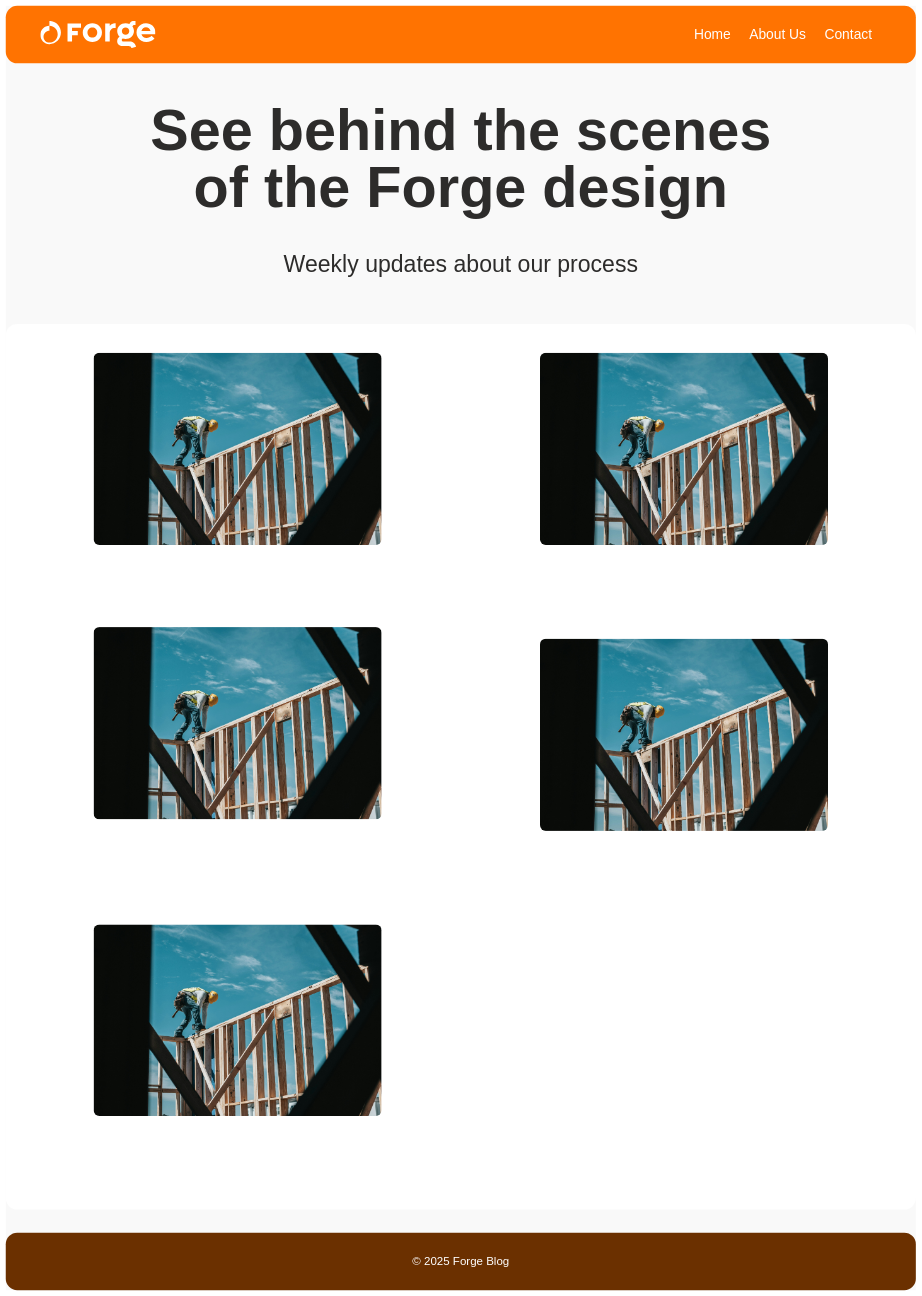
Repository: Forge-IDSP/Blog
Page: /
These files come from the project's save history. The page is drawn as it stood at one moment and after a run of saves; the edit follows.
The browser window is 1280 px wide. The pictures show the whole page, at 72% of full size.
The project was rebuilt for these pictures with package versions that can differ from the ones it lists, and the page was loaded fresh each time. Also part of the build but not shown: vite.config.js, src/index.css, src/pages/blogpost.module.css, src/pages/week1.jsx, src/pages/week2.jsx, src/pages/week3.jsx, src/pages/week4.jsx, src/pages/week5.jsx and 4 more.

Above is the page before, as saved 2025-10-27 13:04:49.

### index.html
<!DOCTYPE html>
<html lang="en">
    <head>
        <meta charset="UTF-8" />
        <link
            rel="icon"
            type="image/svg+xml"
            href="/vite.svg" />
        <meta
            name="viewport"
            content="width=device-width, initial-scale=1.0" />
        <title>Forge Blog</title>
    </head>
    <body>
        <div id="root"></div>
        <script
            type="module"
            src="/src/main.jsx"></script>
    </body>
</html>

### src/App.jsx
import { BrowserRouter as Router, Routes, Route } from "react-router-dom";
import Home from "./pages/home.jsx";
import Week1 from "./pages/week1.jsx";
import Week2 from "./pages/week2.jsx";
import Week3 from "./pages/week3.jsx";
import Week4 from "./pages/week4.jsx";
import Week5 from "./pages/week5.jsx";
import AboutUs from "./pages/aboutUs.jsx";
import ContactUs from "./pages/contactUs.jsx";

export default function App() {
    return (
        <Router>
            <Routes>
                <Route
                    path='/'
                    element={<Home />}
                />
                <Route
                    path='/week1'
                    element={<Week1 />}
                />
                <Route
                    path='/week2'
                    element={<Week2 />}
                />
                <Route
                    path='/week3'
                    element={<Week3 />}
                />
                <Route
                    path='/week4'
                    element={<Week4 />}
                />
                <Route
                    path='/week5'
                    element={<Week5 />}
                />
                <Route
                    path='/aboutUs'
                    element={<AboutUs />}
                />
                <Route
                    path='/contactUs'
                    element={<ContactUs />}
                />
            </Routes>
        </Router>
    );
}

### src/pages/home.jsx
import Header from "../ui/header/header.jsx";
import Card from "../ui/card/card.jsx";
import Footer from "../ui/footer/footer.jsx";
import cardcontent from "../data/cardcontent.json";

export default function Home() {
    return (
        <div className='page'>
            <Header />
            <h1 className='title'>
                See behind the scenes
                <br /> of the Forge design
            </h1>
            <p className='subtitle'>Weekly updates about our process</p>

            <div className='post_container'>
                {cardcontent.map((item) => (
                    <Card
                        key={item.id}
                        title={item.title}
                        image={item.image}
                        text={item.text}
                        link={item.link}
                    />
                ))}
            </div>

            <Footer />
        </div>
    );
}

### src/ui/header/header.jsx
import style from "./header.module.css";
import { Link } from "react-router-dom";

function Header() {
    return (
        <div className={style.header}>
            <img
                src='/forge-logo.svg'
                alt='Forge Logo'
                className={style.logo}></img>
            <nav className={style.menu}>
                <a
                    className={style.menu_item}
                    href='/'>
                    Home
                </a>
                <Link
                    className={style.menu_item}
                    to='/AboutUs'>
                    About Us
                </Link>

                <Link
                    to='/ContactUs'
                    className={style.menu_item}>
                    Contact
                </Link>
            </nav>
        </div>
    );
}

export default Header;

### src/ui/card/card.jsx
import { Link } from "react-router-dom";
import styles from "./card.module.css";

export default function Card({ title, image, text, link }) {
    return (
        <Link
            to={link}
            className={styles.card}>
            <img
                className={styles.card_image}
                src={image}
                alt={title}
            />
            <h2 className={styles.card_title}>{title}</h2>
            <p className={styles.card_week}>{text}</p>
        </Link>
    );
}

### src/ui/footer/footer.jsx
import styles from "./footer.module.css";

function Footer() {
    const currentYear = new Date().getFullYear();

    return (
        <footer className={styles.footer}>
            <p className={styles.footer__text}>© {currentYear} Forge Blog</p>
        </footer>
    );
}

export default Footer;

### src/data/cardcontent.json
[
    {
        "id": "week1",
        "title": "First Look at Forge",
        "image": "/blog-image1.jpg",
        "text": "Week 1",
        "link": "/week1"
    },
    {
        "id": "week2",
        "title": "ConnectHer and Forge",
        "image": "/blog-image1.jpg",
        "text": "Week 2",
        "link": "/week2"
    },
    {
        "id": "week3",
        "title": "Competitive Analysis and Development Framework",
        "image": "/blog-image1.jpg",
        "text": "Week 3",
        "link": "/week3"
    },
    {
        "id": "week4",
        "title": "Advising and Re-Ideation ",
        "image": "/blog-image1.jpg",
        "text": "Week 4",
        "link": "/week4"
    },
    {
        "id": "week5",
        "title": "User Research , Development Framework and Wireframing ",
        "image": "/blog-image1.jpg",
        "text": "Week 5",
        "link": "/week5"
    }
]

### src/App.css
#root {
    /* ----- COLORS ----- */
    --primary-50: #fff1e6;
    --primary-100: #ffd4b0;
    --primary-200: #ffbf8a;
    --primary-300: #ffa155;
    --primary-400: #ff8f34;
    --primary-500: #ff7301;
    --primary-600: #e86901;
    --primary-700: #b55201;
    --primary-800: #8c3f01;
    --primary-900: #6b3000;

    --secondary-50: #eefae6;
    --secondary-100: #cbefb1;
    --secondary-200: #b2e88b;
    --secondary-300: #8fdd55;
    --secondary-400: #79d635;
    --secondary-500: #58cc02;
    --secondary-600: #50ba02;
    --secondary-700: #3e9101;
    --secondary-800: #86967a;
    --secondary-900: #255601;

    /* -- neutral colors -- */

    --offwhite-500: #f9f9f9;
    --white: #ffffff;
    --black-50: #eaeaea;
    --black-100: #bebebd;
    --black-200: #9e9e9d;
    --black-300: #727271;
    --black-400: #575655;
    --black-500: #2d2c2b;

    /* ----- FONT -----  */
    --font-family: "Nunito Sans", sans-serif;
}

.root {
    background-color: var(--offwhite-500);
}
.page {
    margin: 0 auto;
    padding: 1rem;
    text-align: center;
    height: 100%;
    margin: 0;
    padding: 0;
    background-color: var(--offwhite-500);
    display: flex;
    flex-direction: column;
    font-family: var(--font-family);
}

.title {
    font-size: 5rem;
    color: var(--black-500);
    line-height: 5rem;
    margin-bottom: 1rem;
}

.subtitle {
    font-size: 2rem;
    color: var(--black-500);
}

.post_container {
    display: grid;
    grid-template-columns: repeat(3, 1fr);
    gap: 2rem;
    background-color: var(--white);
    padding: 3rem;
    border-radius: 16px;
    align-items: center;
    justify-content: center;
    justify-items: center;
    margin-bottom: 2rem;
    margin-top: 2rem;
}

/* Tablet: 2 columns */
@media (max-width: 1300px) {
    .post_container {
        grid-template-columns: repeat(2, 1fr);
        padding: 1.5rem;
        gap: 1.5rem;
    }
}

/* Mobile: 1 column */
@media (max-width: 600px) {
    .post_container {
        grid-template-columns: 1fr;
        padding: 1rem;
        gap: 1rem;
    }
}

### src/ui/header/header.module.css
.header {
    background-color: var(--primary-500);
    display: flex;
    justify-content: space-between;
    align-items: center;
    padding: 1rem 3rem;
    border-radius: 16px;
}

.logo {
    width: 10rem;
}

.menu {
    display: flex;
    gap: rem;
}

.menu_item {
    font-size: 1.2rem;
    text-decoration: none;
    color: var(--white);
    font-family: var(--font-family);
    padding: 0.8rem;
}

.menu_item:hover {
    font-weight: bold;
    padding: 0.8rem;
    border-radius: 8px;
}

### src/ui/card/card.module.css
.card {
    background-color: var(--grey);
    padding: 1rem;
    border-radius: 16px;
    display: flex;
    flex-direction: column;
    align-items: start;
    width: 400px;
    text-decoration: none;
}

.card:hover {
    transform: scale(1.03);
    background-color: var(--color-primary-dark);
}

.card_image {
    width: 400px;
    height: auto;
    border-radius: 8px;
    margin-bottom: 8px;
}

.card_title {
    font-size: 28px;
    text-align: start;
    margin: 0;
    color: var(--white);
}

a:visited .card_title {
    color: var(--white);
}

.card_week {
    font-size: 16px;
    margin: 0;
    color: var(--white);
}

### src/ui/footer/footer.module.css
.footer {
    width: 100%;
    height: 5em;
    display: flex;
    justify-content: center;
    align-items: center;
    background-color: var(--primary-900);
    margin-top: auto;
    border-radius: 16px;
}

.footer__text {
    color: var(--white);
    font-size: 16px;
    text-align: center;
    margin: 0;
}

Loaded but not shown: src/main.jsx (common file)

After the next 2 saves:
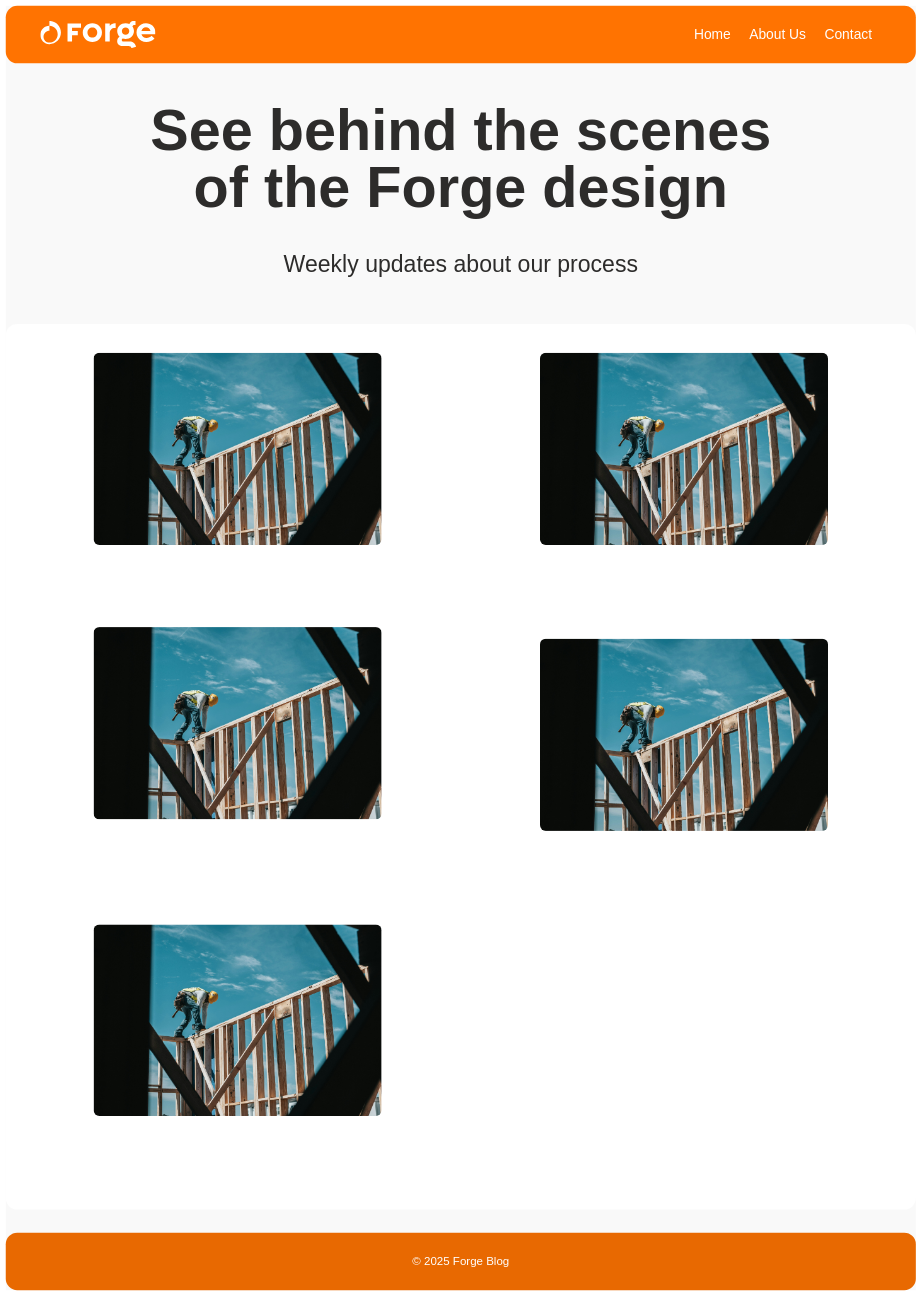
The 2 saves are shown as one change because they came seconds apart.
The last was saved 6 s later.
--- a/src/ui/footer/footer.module.css
+++ b/src/ui/footer/footer.module.css
@@ -4,7 +4,7 @@
     display: flex;
     justify-content: center;
     align-items: center;
-    background-color: var(--primary-900);
+    background-color: var(--primary-600);
     margin-top: auto;
     border-radius: 16px;
 }
